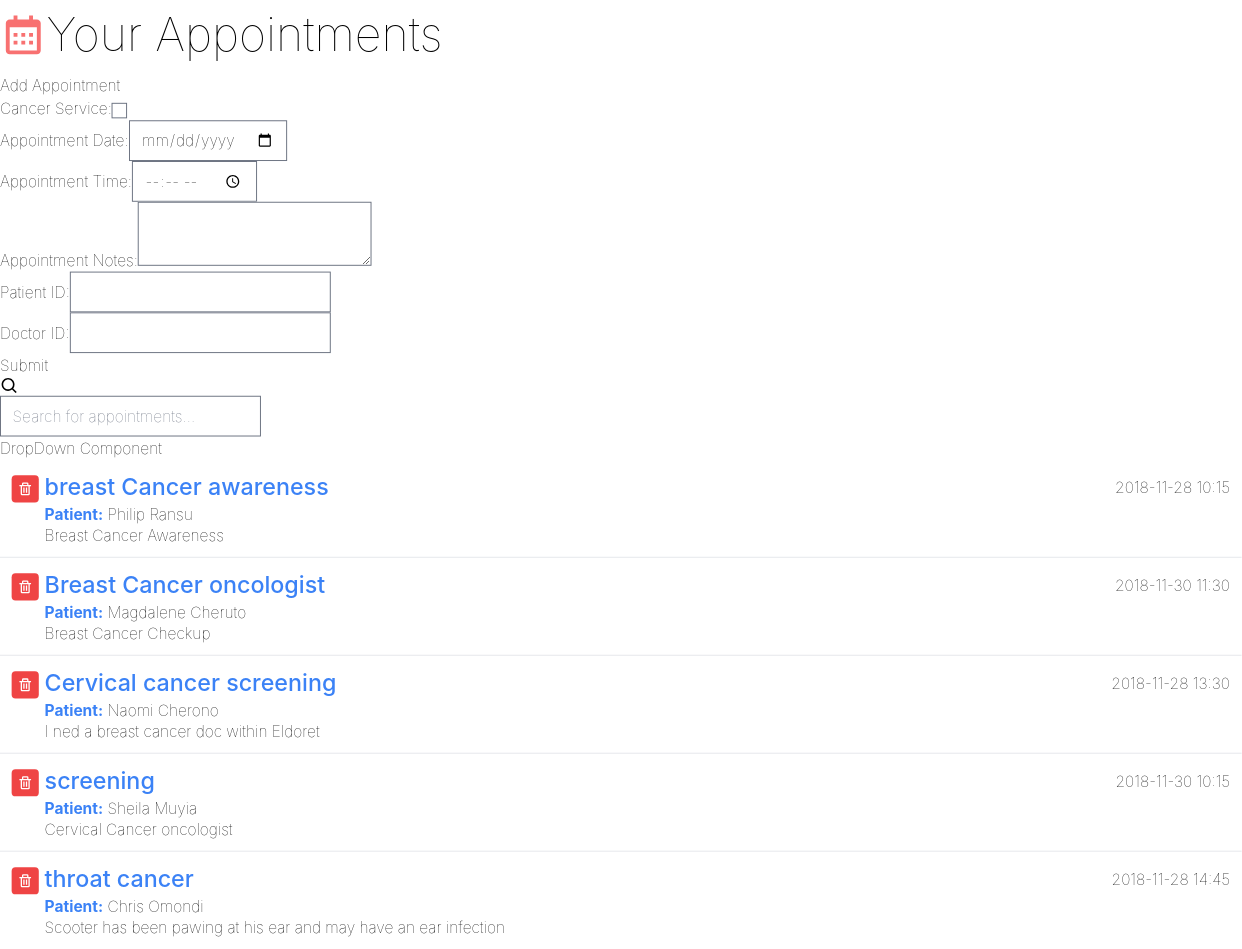
Repository: RuthOsukuku/react-booking-appointment-
Page: /
These files come from the project's save history. The page is drawn as it stood at one moment and after a run of saves; the edit follows.
The browser window is 1280 px wide. The pictures show the whole page, at 97% of full size.
The page's requests for data from a server got no answer. The project was rebuilt for these pictures with package versions that can differ from the ones it lists, and the page was loaded fresh each time. No one was signed in, and anything a server would have sent is missing.

Above is the page before, as saved 2023-07-31 17:12:45.

### src/index.js
import React from 'react';
import ReactDOM from 'react-dom';
import './index.css';
import App from './App';

const root = ReactDOM.createRoot(document.getElementById('root'));

root.render(
  <React.StrictMode>
    <App />
  </React.StrictMode>
);

### src/App.js
import { BiCalendar } from "react-icons/bi";
import { useEffect, useState, useCallback } from "react";
import AddAppointment from "./components/AddAppointment";
import AppointmentInfo from "./components/AppointmentInfo";
import Search from "./components/Search";

function App() {
  let [appointmentList, setAppointmentList] = useState([]);
  let [query, setQuery] = useState("");
  let [sortBy, setSortBy] = useState("cancerService");
  let [orderBy, setOrderBy] = useState("asc");


        const filteredAppointment = appointmentList
        .filter((item) => {
          return (
            (item.cancerService?.toLowerCase() || '').includes(query.toLowerCase()) ||
            (item.fullName?.toLowerCase() || '').includes(query.toLowerCase()) ||
            (item.aptNotes?.toLowerCase() || '').includes(query.toLowerCase())
          );
        })
        .sort((a, b) => {
          let order = orderBy === "asc" ? 1 : -1;
          return ((a[sortBy]?.toLowerCase() || '') < (b[sortBy]?.toLowerCase() || ''))
            ? -1 * order
            : 1 * order;
        });

  const fetchData = useCallback(() => {
    fetch("./data.json")
      .then((response) => response.json())
      .then((data) => {
        setAppointmentList(data);
      })
      .catch((err) => {
        console.log(err);
      });
  }, []);

  useEffect(() => {
    fetchData();
  }, [fetchData]);

  return (
    <>
      <div className="App container mx-auto mt-3 font-thin">
        <h1 className="text-5xl mb-4">
          <BiCalendar className="inline-block text-red-400 align-top" />
          Your Appointments
        </h1>
        <AddAppointment
          onSendAppointment={(appointment) => {
            setAppointmentList([...appointmentList, appointment]);
          }}
          lastId={appointmentList.reduce(
            (pre, curr) => (Number(curr.id) > pre ? Number(curr.id) : pre),
            0
          )}
        />
        <Search
          query={query}
          onQueryChange={(event) => {
            setQuery(event.target.value);
          }}
          orderBy={orderBy}
          onOrderByChange={(val) => {
            setOrderBy(val);
          }}
          sortBy={sortBy}
          onSortBYChange={(val) => {
            setSortBy(val);
          }}
        />
        <ul className="divide-y divide-gray-200">
          {filteredAppointment.map((appointment) => {
            return (
              <AppointmentInfo
                onDeleteAppointment={(appointmentId) => {
                  setAppointmentList(
                    appointmentList.filter(
                      (appointment) => appointmentId !== appointment.id
                    )
                  );
                }}
                appointment={appointment}
                key={appointment.id}
              />
            );
          })}
        </ul>
      </div>
    </>
  );
}

export default App;

### src/components/AddAppointment.js
// import { useState } from "react";
// import { BiCalendarPlus } from "react-icons/bi";

// const AddAppointment = ({ onSendAppointment, lastId }) => {
//   const clearData = {
//     cancerService: "",
//     fullName: "",
//     aptNotes: "",
//     aptDate: "",
//     aptTime: "",
//   };

//   let [toggleForm, setToggleForm] = useState(false);
//   let [formData, setFormData] = useState(clearData);

//   const formDataPosted = () => {
//     if (formData.cancerService && formData.fullName && formData.aptDate) {
//       const appointmentInfo = {
//         id: lastId + 1,
//         cancerService: formData.cancerService,
//         fullName: formData.fullName,
//         aptNotes: formData.aptNotes,
//         aptDate: formData.aptDate + " " + formData.aptTime,
//       };
//       onSendAppointment(appointmentInfo);
//       setFormData(clearData);
//       setToggleForm(!toggleForm);
//     } else {
//       alert("fill required fields");
//     }
//   };

//   return (
//     <div>
//       <button
//         onClick={() => setToggleForm(!toggleForm)}
//         className={`bg-blue-400 text-white px-2 py-3 w-full text-left  ${
//           toggleForm ? "rounded-t-md" : "rounded-md"
//         }`}
//       >
//         <div>
//           <BiCalendarPlus className="inline-block align-text-top" /> Add
//           Appointment
//         </div>
//       </button>
//       {toggleForm && (
//         <div className="border-r-2 border-b-2 border-l-2 border-light-blue-500 rounded-b-md pl-4 pr-4 pb-4">
//           <div className="sm:grid sm:grid-cols-3 sm:gap-4 sm:items-start  sm:pt-5">
//             <label
//               htmlFor="fullName"
//               className="block text-sm font-medium text-gray-700 sm:mt-px sm:pt-2"
//             >
//               Full Name
//             </label>
//             <div className="mt-1 sm:mt-0 sm:col-span-2">
//               <input
//                 onChange={(event) => {
//                   setFormData({ ...formData, fullName: event.target.value });
//                 }}
//                 type="text"
//                 name="fullName"
//                 id="fullName"
//                 value={formData.fullName}
//                 required
//                 className="max-w-lg block w-full shadow-sm focus:ring-indigo-500 focus:border-indigo-500 sm:max-w-xs sm:text-sm border-gray-300 rounded-md"
//               />
//             </div>
//           </div>

//           <div className="sm:grid sm:grid-cols-3 sm:gap-4 sm:items-start  sm:pt-5">
//             <label
//               htmlFor="cancerService"
//               className="block text-sm font-medium text-gray-700 sm:mt-px sm:pt-2"
//             >
//               Cancer Service
//             </label>
//             <div className="mt-1 sm:mt-0 sm:col-span-2">
//               <input
//                 onChange={(event) => {
//                   setFormData({ ...formData, cancerService: event.target.value });
//                 }}
//                 required
//                 type="text"
//                 name="cancerService"
//                 id="cancerService"
//                 value={formData.cancerService}
//                 className="max-w-lg block w-full shadow-sm focus:ring-indigo-500 focus:border-indigo-500 sm:max-w-xs sm:text-sm border-gray-300 rounded-md"
//               />
//             </div>
//           </div>

//           <div className="sm:grid sm:grid-cols-3 sm:gap-4 sm:items-start  sm:pt-5">
//             <label
//               htmlFor="aptDate"
//               className="block text-sm font-medium text-gray-700 sm:mt-px sm:pt-2"
//             >
//               Apt Date
//             </label>
//             <div className="mt-1 sm:mt-0 sm:col-span-2">
//               <input
//                 required
//                 onChange={(event) => {
//                   setFormData({ ...formData, aptDate: event.target.value });
//                 }}
//                 type="date"
//                 name="aptDate"
//                 id="aptDate"
//                 value={formData.aptDate}
//                 className="max-w-lg block w-full shadow-sm focus:ring-indigo-500 focus:border-indigo-500 sm:max-w-xs sm:text-sm border-gray-300 rounded-md"
//               />
//             </div>
//           </div>

//           <div className="sm:grid sm:grid-cols-3 sm:gap-4 sm:items-start  sm:pt-5">
//             <label
//               htmlFor="aptTime"
//               className="block text-sm font-medium text-gray-700 sm:mt-px sm:pt-2"
//             >
//               Apt Time
//             </label>
//             <div className="mt-1 sm:mt-0 sm:col-span-2">
//               <input
//                 onChange={(event) => {
//                   setFormData({ ...formData, aptTime: event.target.value });
//                 }}
//                 type="time"
//                 name="aptTime"
//                 id="aptTime"
//                 value={formData.aptTime}
//                 className="max-w-lg block w-full shadow-sm focus:ring-indigo-500 focus:border-indigo-500 sm:max-w-xs sm:text-sm border-gray-300 rounded-md"
//               />
//             </div>
//           </div>

//           <div className="sm:grid sm:grid-cols-3 sm:gap-4 sm:items-start  sm:pt-5">
//             <label
//               htmlFor="aptNotes"
//               className="block text-sm font-medium text-gray-700 sm:mt-px sm:pt-2"
//             >
//               Appointment Notes
//             </label>
//             <div className="mt-1 sm:mt-0 sm:col-span-2">
//               <textarea
//                 onChange={(event) => {
//                   setFormData({ ...formData, aptNotes: event.target.value });
//                 }}
//                 id="aptNotes"
//                 name="aptNotes"
//                 value={formData.aptNotes}
//                 rows={3}
//                 className="max-w-lg shadow-sm block w-full focus:ring-indigo-500 focus:border-indigo-500 sm:max-w-xs sm:text-sm border-gray-300 rounded-md"
//               ></textarea>
//             </div>
//           </div>
//           <button
//             onClick={formDataPosted}
//             className="bg-blue-500 text-white px-2 py-3 w-full text-left rounded-md"
//           >
//             Submit
//           </button>
//         </div>
//       )}
//     </div>
//   );
// };

// export default AddAppointment;
import React, { useState, useEffect } from "react";

const AddAppointment = ({ onSendAppointment }) => {
  const initialFormData = {
    cancer_service: false,
    apt_date: "",
    apt_time: "",
    appointment_notes: "",
    patient_id: "",
    doctor_id: "",
  };

  const [formData, setFormData] = useState(initialFormData);

  const handleChange = (e) => {
    const { name, value } = e.target;
    setFormData((prevData) => ({
      ...prevData,
      [name]: value,
    }));
  };

  const handleSubmit = (e) => {
    e.preventDefault();
    onSendAppointment(formData);
    clearData();
  };

  const clearData = () => {
    setFormData(initialFormData);
  };

  const toggleForm = () => {
    setToggleForm((prevToggle) => !prevToggle);
  };

  return (
    <div>
      <button onClick={toggleForm}>Add Appointment</button>
      {toggleForm && (
        <form onSubmit={handleSubmit}>
          <label>
            Cancer Service:
            <input
              type="checkbox"
              name="cancer_service"
              checked={formData.cancer_service}
              onChange={handleChange}
            />
          </label>
          <br />
          <label>
            Appointment Date:
            <input
              type="date"
              name="apt_date"
              value={formData.apt_date}
              onChange={handleChange}
            />
          </label>
          <br />
          <label>
            Appointment Time:
            <input
              type="time"
              name="apt_time"
              value={formData.apt_time}
              onChange={handleChange}
            />
          </label>
          <br />
          <label>
            Appointment Notes:
            <textarea
              name="appointment_notes"
              value={formData.appointment_notes}
              onChange={handleChange}
            />
          </label>
          <br />
          <label>
            Patient ID:
            <input
              type="number"
              name="patient_id"
              value={formData.patient_id}
              onChange={handleChange}
            />
          </label>
          <br />
          <label>
            Doctor ID:
            <input
              type="number"
              name="doctor_id"
              value={formData.doctor_id}
              onChange={handleChange}
            />
          </label>
          <br />
          <button type="submit">Submit</button>
        </form>
      )}
    </div>
  );
};

export default AddAppointment;

### src/components/AppointmentInfo.js
// import { BiTrash } from "react-icons/bi";

// const AppointmentInfo = ({ appointment, onDeleteAppointment }) => {
//   return (
//     <li className="px-3 py-3 flex items-start">
//       <button
//         type="button"
//         onClick={() => {
//           onDeleteAppointment(appointment.id);
//         }}
//         className="p-1.5 mr-1.5 mt-1 rounded text-white bg-red-500 hover:bg-yellow-700 focus:outline-none focus:ring-2 focus:ring-offset-2 focus:ring-blue-500"
//       >
//         <BiTrash />
//       </button>
//       <div className="flex-grow">
//         <div className="flex items-center">
//           <span className="flex-none font-medium text-2xl text-blue-500">
//             {appointment.cancerService}
//           </span>
//           <span className="flex-grow text-right">{appointment.aptDate}</span>
//         </div>
//         <div>
//           <b className="font-bold text-blue-500">Patient:</b>{" "}
//           {appointment.fullName}
//         </div>
//         <div className="leading-tight">{appointment.aptNotes}</div>
//       </div>
//     </li>
//   );
// };

// export default AppointmentInfo;
import { BiTrash } from "react-icons/bi";

const AppointmentInfo = ({ appointment }) => {
  const onDeleteAppointment = (id) => {
    fetch(`http://localhost:9292/appointments/${id}`, {
      method: "DELETE",
    })
    .then((r) => r.json())
    .then((data) => {
      if (data.message) {
        console.log(data.message);
      } else {
        console.error("Error:", data);
      }
    });
  };

  return (
    <li className="px-3 py-3 flex items-start">
      <button
        type="button"
        onClick={() => {
          onDeleteAppointment(appointment.id);
        }}
        className="p-1.5 mr-1.5 mt-1 rounded text-white bg-red-500 hover:bg-yellow-700 focus:outline-none focus:ring-2 focus:ring-offset-2 focus:ring-blue-500"
      >
        <BiTrash />
      </button>
      <div className="flex-grow">
        <div className="flex items-center">
          <span className="flex-none font-medium text-2xl text-blue-500">
            {appointment.cancerService}
          </span>
          <span className="flex-grow text-right">{appointment.aptDate}</span>
        </div>
        <div>
          <b className="font-bold text-blue-500">Patient:</b>{" "}
          {appointment.fullName}
        </div>
        <div className="leading-tight">{appointment.aptNotes}</div>
      </div>
    </li>
  );
};

export default AppointmentInfo;

### src/components/Search.js
// import { useState } from "react";
// import { BiSearch, BiCaretDown, BiCheck } from "react-icons/bi";

// const DropDown = ({
//   toggle,
//   orderBy,
//   onOrderByChange,
//   sortBy,
//   onSortByChange,
// }) => {
//   return (
//     toggle && (
//       <div
//         className="origin-top-right absolute right-0 mt-2 w-56
//       rounded-md shadow-lg bg-white ring-1 ring-black ring-opacity-5"
//       >
//         <div
//           className="py-1"
//           role="menu"
//           aria-orientation="vertical"
//           aria-labelledby="options-menu"
//         >
//           <div
//             onClick={() => onSortByChange("cancerService")}
//             className="px-4 py-2 text-sm text-gray-700 hover:bg-gray-100 hover:text-gray-900 flex justify-between cursor-pointer"
//             role="menuitem"
//           >
//             Cancer Service {sortBy === "cancerService" ? <BiCheck /> : null}
//           </div>
//           <div
//             onClick={() => onSortByChange("fullName")}
//             className="px-4 py-2 text-sm text-gray-700 hover:bg-gray-100 hover:text-gray-900 flex justify-between cursor-pointer"
//             role="menuitem"
//           >
//             Full Name {sortBy === "fullName" ? <BiCheck /> : null}
//           </div>
//           <div
//             onClick={() => onSortByChange("aptDate")}
//             className="px-4 py-2 text-sm text-gray-700 hover:bg-gray-100 hover:text-gray-900 flex justify-between cursor-pointer"
//             role="menuitem"
//           >
//             Date {sortBy === "aptDate" ? <BiCheck /> : null}
//           </div>
//           <div
//             onClick={() => onOrderByChange("asc")}
//             className="px-4 py-2 text-sm text-gray-700 hover:bg-gray-100 hover:text-gray-900 flex justify-between cursor-pointer border-gray-1 border-t-2"
//             role="menuitem"
//           >
//             Asc {orderBy === "asc" ? <BiCheck /> : null}
//           </div>
//           <div
//             onClick={() => onOrderByChange("desc")}
//             className="px-4 py-2 text-sm text-gray-700 hover:bg-gray-100 hover:text-gray-900 flex justify-between cursor-pointer"
//             role="menuitem"
//           >
//             Desc {orderBy === "desc" ? <BiCheck /> : null}
//           </div>
//         </div>
//       </div>
//     )
//   );
// };

// const Search = ({
//   onQueryChange,
//   query,
//   orderBy,
//   onOrderByChange,
//   sortBy,
//   onSortBYChange,
// }) => {
//   let [toggleSort, setToggleSort] = useState(false);
//   return (
//     <div className="py-5">
//       <div className="mt-1 relative rounded-md shadow-sm">
//         <div className="absolute inset-y-0 left-0 pl-3 flex items-center pointer-events-none">
//           <BiSearch />
//           <label htmlFor="query" className="sr-only" />
//         </div>
//         <input
//           onChange={(event) => {
//             onQueryChange(event);
//           }}
//           type="text"
//           name="query"
//           id="query"
//           value={query}
//           className="pl-8 rounded-md focus:ring-indigo-500 focus:border-indigo-500 block w-full sm:text-sm border-gray-300"
//           placeholder="Search"
//         />
//         <div className="absolute inset-y-0 right-0 flex items-center">
//           <div>
//             <button
//               onClick={() => setToggleSort(!toggleSort)}
//               type="button"
//               className="justify-center px-4 py-2 bg-blue-400 border-2 border-blue-400 text-sm text-white hover:bg-blue-700 focus:outline-none focus:ring-2 focus:ring-offset-2 flex items-center"
//               id="options-menu"
//               aria-haspopup="true"
//               aria-expanded="true"
//             >
//               Sort By <BiCaretDown className="ml-2" />
//             </button>
//             <DropDown
//               orderBy={orderBy}
//               sortBy={sortBy}
//               onOrderByChange={onOrderByChange}
//               onSortByChange={onSortBYChange}
//               toggle={toggleSort}
//             />
//           </div>
//         </div>
//       </div>
//     </div>
//   );
// };

// export default Search;
import React, { useState, useEffect } from "react";
import { BiSearch, BiCaretDown, BiCheck } from "react-icons/bi";

const DropDown = ({ dropDownItems }) => {
  // DropDown implementation
  return <div>DropDown Component</div>;
};

const Search = () => {
  const [searchTerm, setSearchTerm] = useState("");
  const [searchResults, setSearchResults] = useState([]);

  const fetchSearchResults = async () => {
    try {
      const response = await fetch(`http://localhost:9292/api/search?q=${searchTerm}`);
      const data = await response.json();
      setSearchResults(data);
    } catch (error) {
      console.error("Error fetching search results:", error);
    }
  };

  useEffect(() => {
    fetchSearchResults();
  }, [searchTerm]);

  return (
    <div>
      <div>
        <BiSearch size={20} />
        <input
          type="text"
          value={searchTerm}
          onChange={(e) => setSearchTerm(e.target.value)}
          placeholder="Search for appointments..."
        />
        <DropDown dropDownItems={searchResults} />
      </div>
      <div>
        {searchResults.map((result) => (
          <div key={result.id}>{result.name}</div>
        ))}
      </div>
    </div>
  );
};

export default Search;

### tailwind.config.js
/** @type {import('tailwindcss').Config} */
module.exports = {
    content: ["./src/**/*.{js,jsx,ts,tsx}"],
    theme: {
      extend: {},
    },
    plugins: [require("@tailwindcss/forms")],
  };

Loaded but not shown: public/index.html (common file); src/index.css (common file); public/data.json (46 lines, source omitted)

After the next 2 saves:
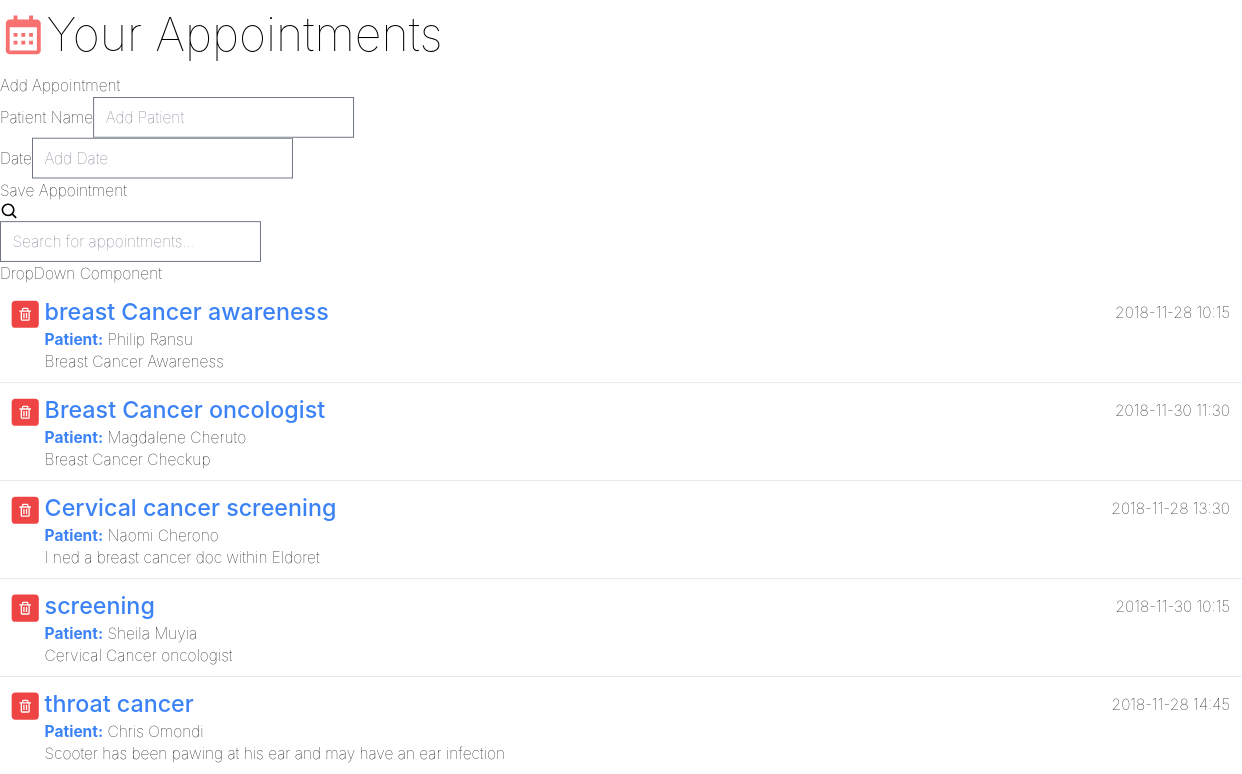
The 2 saves are shown as one change because 1 did not build or start.
The last was saved 6 min 8 s later.
--- a/src/components/AddAppointment.js
+++ b/src/components/AddAppointment.js
@@ -165,110 +165,52 @@
 // };
 
 // export default AddAppointment;
-import React, { useState, useEffect } from "react";
-
-const AddAppointment = ({ onSendAppointment }) => {
-  const initialFormData = {
-    cancer_service: false,
-    apt_date: "",
-    apt_time: "",
-    appointment_notes: "",
-    patient_id: "",
-    doctor_id: "",
+import React, { useState } from 'react';
+
+const AddAppointment = ({ onAdd }) => {
+  const [name, setName] = useState('');
+  const [date, setDate] = useState('');
+
+  const onSubmit = (e) => {
+    e.preventDefault();
+
+    if (!name || !date) {
+      alert('Please add a patient and date');
+      return;
+    }
+
+    onAdd({ name, date });
+
+    setName('');
+    setDate('');
   };
 
-  const [formData, setFormData] = useState(initialFormData);
-
-  const handleChange = (e) => {
-    const { name, value } = e.target;
-    setFormData((prevData) => ({
-      ...prevData,
-      [name]: value,
-    }));
-  };
-
-  const handleSubmit = (e) => {
-    e.preventDefault();
-    onSendAppointment(formData);
-    clearData();
-  };
-
-  const clearData = () => {
-    setFormData(initialFormData);
-  };
-
-  const toggleForm = () => {
-    setToggleForm((prevToggle) => !prevToggle);
-  };
-
   return (
-    <div>
-      <button onClick={toggleForm}>Add Appointment</button>
-      {toggleForm && (
-        <form onSubmit={handleSubmit}>
-          <label>
-            Cancer Service:
-            <input
-              type="checkbox"
-              name="cancer_service"
-              checked={formData.cancer_service}
-              onChange={handleChange}
-            />
-          </label>
-          <br />
-          <label>
-            Appointment Date:
-            <input
-              type="date"
-              name="apt_date"
-              value={formData.apt_date}
-              onChange={handleChange}
-            />
-          </label>
-          <br />
-          <label>
-            Appointment Time:
-            <input
-              type="time"
-              name="apt_time"
-              value={formData.apt_time}
-              onChange={handleChange}
-            />
-          </label>
-          <br />
-          <label>
-            Appointment Notes:
-            <textarea
-              name="appointment_notes"
-              value={formData.appointment_notes}
-              onChange={handleChange}
-            />
-          </label>
-          <br />
-          <label>
-            Patient ID:
-            <input
-              type="number"
-              name="patient_id"
-              value={formData.patient_id}
-              onChange={handleChange}
-            />
-          </label>
-          <br />
-          <label>
-            Doctor ID:
-            <input
-              type="number"
-              name="doctor_id"
-              value={formData.doctor_id}
-              onChange={handleChange}
-            />
-          </label>
-          <br />
-          <button type="submit">Submit</button>
-        </form>
-      )}
-    </div>
+    <form onSubmit={onSubmit}>
+      <h2>Add Appointment</h2>
+
+      <div>
+        <label>Patient Name</label>
+        <input
+          type="text"
+          placeholder="Add Patient"
+          value={name}
+          onChange={(e) => setName(e.target.value)}
+        />
+      </div>
+
+      <div>
+        <label>Date</label>
+        <input
+          type="text"
+          placeholder="Add Date"
+          value={date}
+          onChange={(e) => setDate(e.target.value)}
+        />
+      </div>
+
+      <input type="submit" value="Save Appointment" />
+    </form>
   );
 };
 
